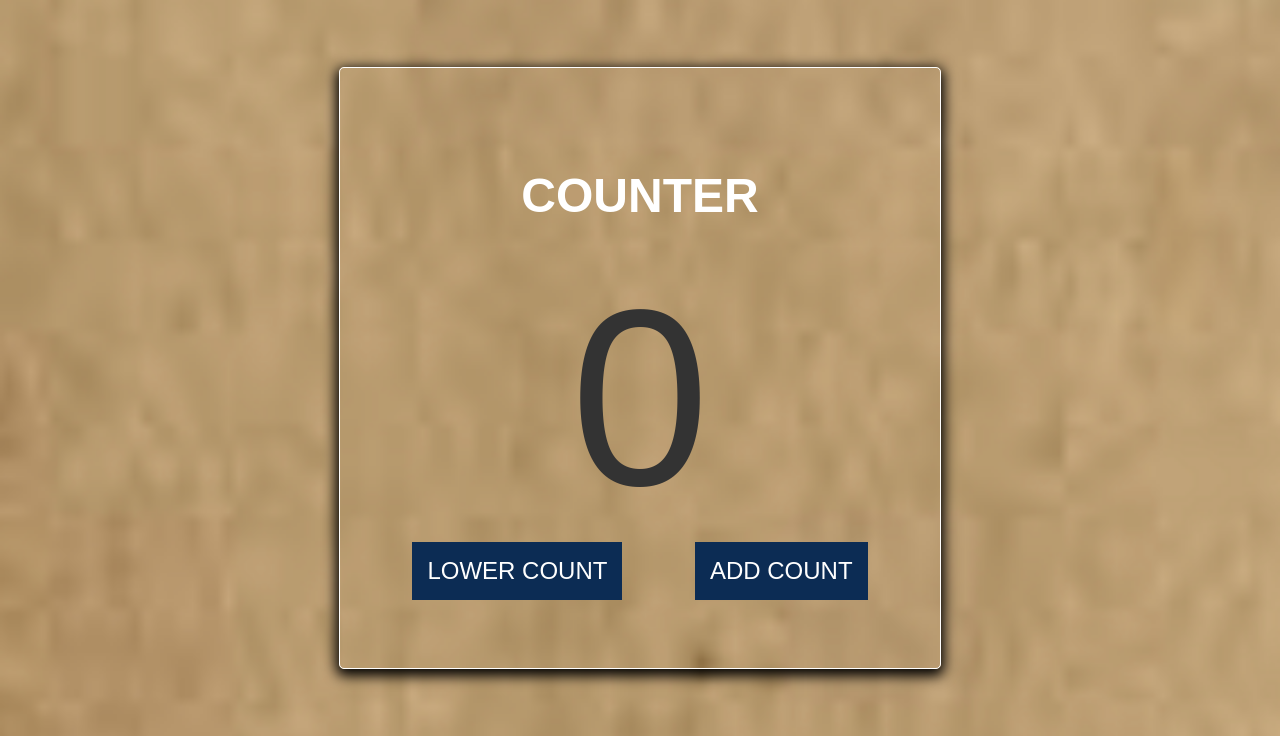
Repository: Hasmik-icml/counter
Page: index.html
An editor plug-in stored every save of this project. The page is shown before and after the next save, followed by the edit.
The browser window is 1280 px wide. The pictures show the whole page.

Above is the page before, as saved 2022-02-14 17:30:24.

### index.html
<!DOCTYPE html>
<html lang="en">
<head>
    <meta charset="UTF-8">
    <meta http-equiv="X-UA-Compatible" content="IE=edge">
    <meta name="viewport" content="width=device-width, initial-scale=1.0">
    <link rel="stylesheet" href="/style.css">
    <title>Document</title>
</head>
<body>
    <div class="container">
        <h1 class="counterHeader">COUNTER</h1>
        <div class="result">0</div>
        <div class="buttons">
            <button class="buttonLower button">LOWER COUNT</button>
            <button class="buttonAdd button">ADD COUNT</button>
        </div>
        <!--  -->


    </div>
    <script src="/index.js"></script>
</body>
</html>

### style.css
body{
    display:flex;
    flex-direction:column;
    justify-content:center;
    min-height:100vh;
    background-image: url("/Screenshot_14.png");
    background-repeat: no-repeat;
    background-size: cover;
}
.container {
    width: 600px;
    height: 600px;
    border: 1px solid white;
    border-radius: 5px;
    margin: auto;
    text-align: center;
    box-shadow: 0px 4px 13px 3px;
    display: flex;
    flex-direction: column;
    justify-content: center;
}
.counterHeader{
    color: white;
    font-family: sans-serif;
    font-size: xxx-large;
}
.result{
    color: #333333;
    font-family: sans-serif;
    font-size: 250px;
}
.button{
    background-color: #0c2c54;
    border-style: none;
    color: white;
    padding: 15px;
    font-family: sans-serif;
    font-size: x-large;
}
.buttons{
    display: flex;
    justify-content: space-evenly;
}

### index.js
const result = document.querySelector(".result");
const buttonLower = document.querySelector(".buttonLower");
const buttonAdd = document.querySelector(".buttonAdd");

buttonLower.addEventListener("click", function(){
    result.innerHTML--;
})
buttonAdd.addEventListener("click", function(){
    result.innerHTML++;
})

// function incrisOrDecris(){

// }
// document.querySelectorAll(".button").forEach(item => {
//     item.addEventListener("click", function(e){
//         console.log(e.target);
//         // this.innerHTML++;
//     })
// })

After the next save:
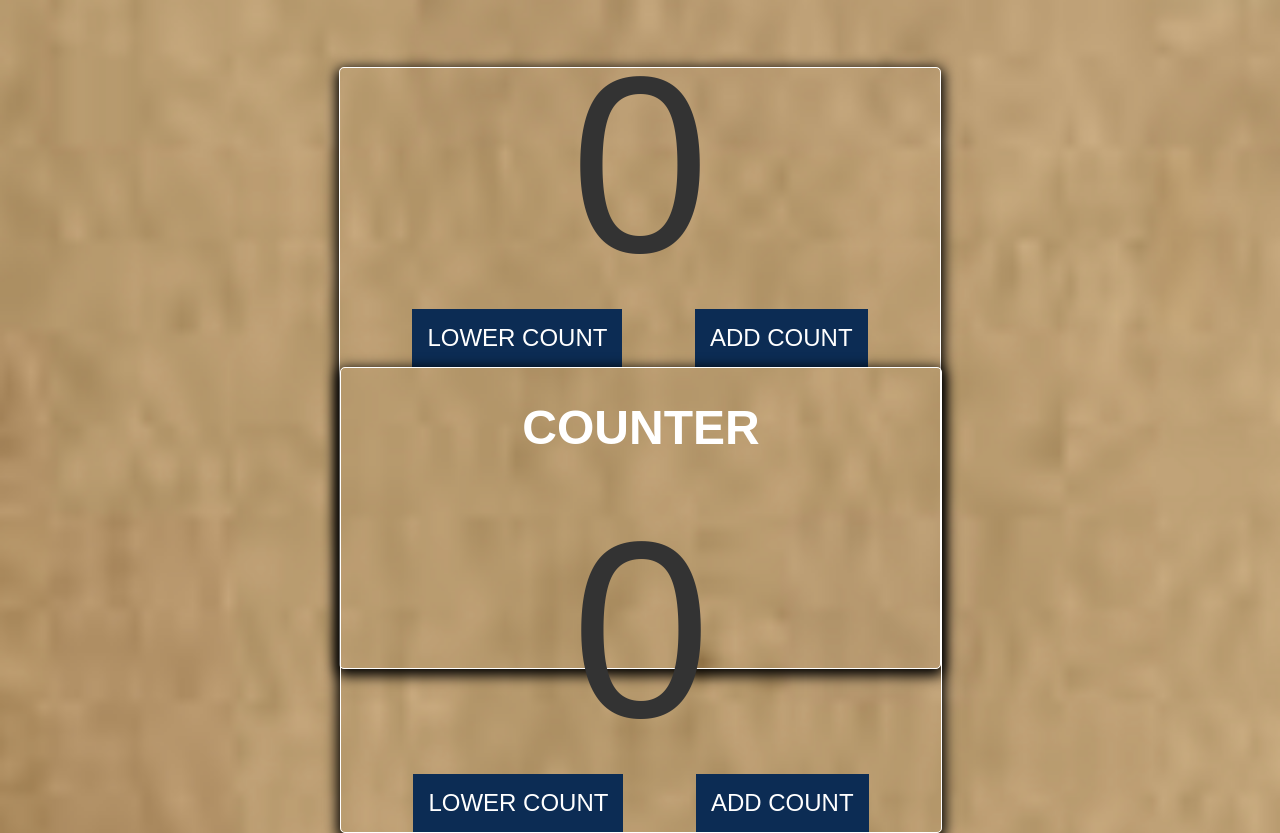
Saved 8 s later.
--- a/index.html
+++ b/index.html
@@ -16,7 +16,13 @@
             <button class="buttonAdd button">ADD COUNT</button>
         </div>
         <!--  -->
-
+        <div class="container">
+            <h1 class="counterHeader">COUNTER</h1>
+            <div class="result">0</div>
+            <div class="buttons">
+                <button class="buttonLower button">LOWER COUNT</button>
+                <button class="buttonAdd button">ADD COUNT</button>
+            </div>
 
     </div>
     <script src="/index.js"></script>

After the save that followed:
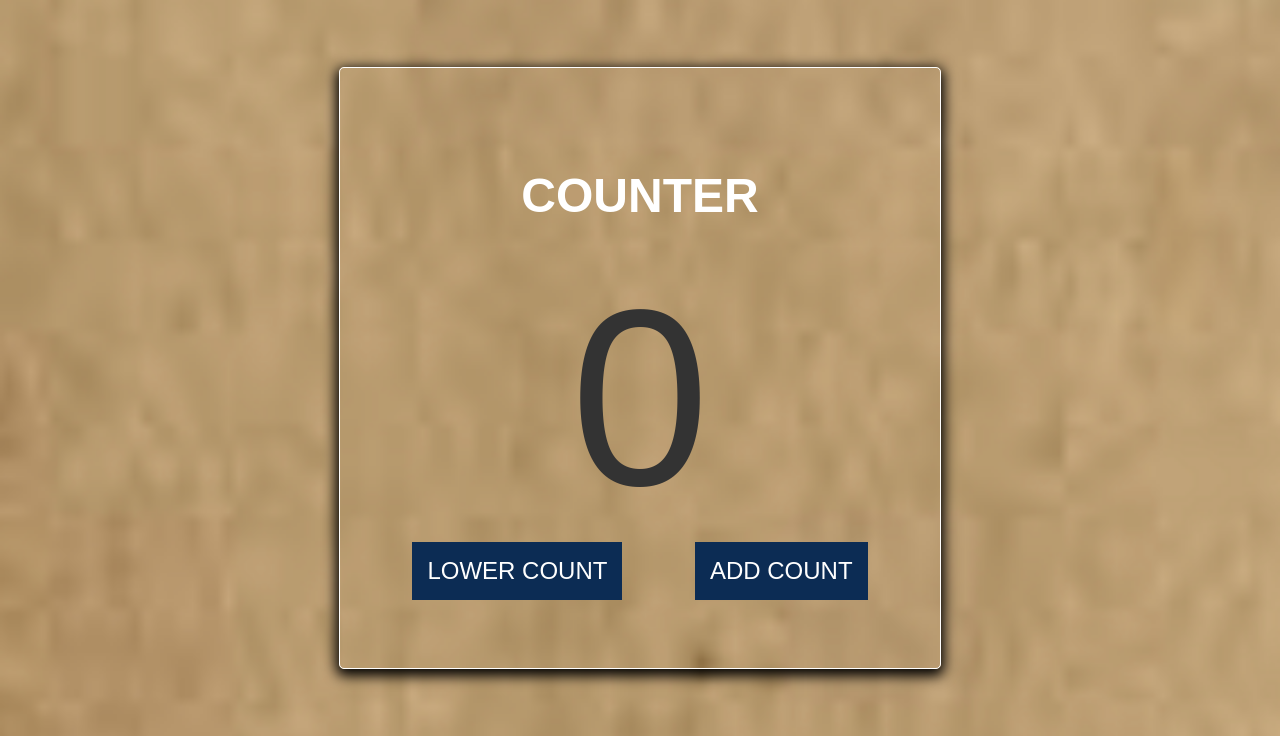
Saved 13 s later.
--- a/index.html
+++ b/index.html
@@ -16,13 +16,7 @@
             <button class="buttonAdd button">ADD COUNT</button>
         </div>
         <!--  -->
-        <div class="container">
-            <h1 class="counterHeader">COUNTER</h1>
-            <div class="result">0</div>
-            <div class="buttons">
-                <button class="buttonLower button">LOWER COUNT</button>
-                <button class="buttonAdd button">ADD COUNT</button>
-            </div>
+
 
     </div>
     <script src="/index.js"></script>
